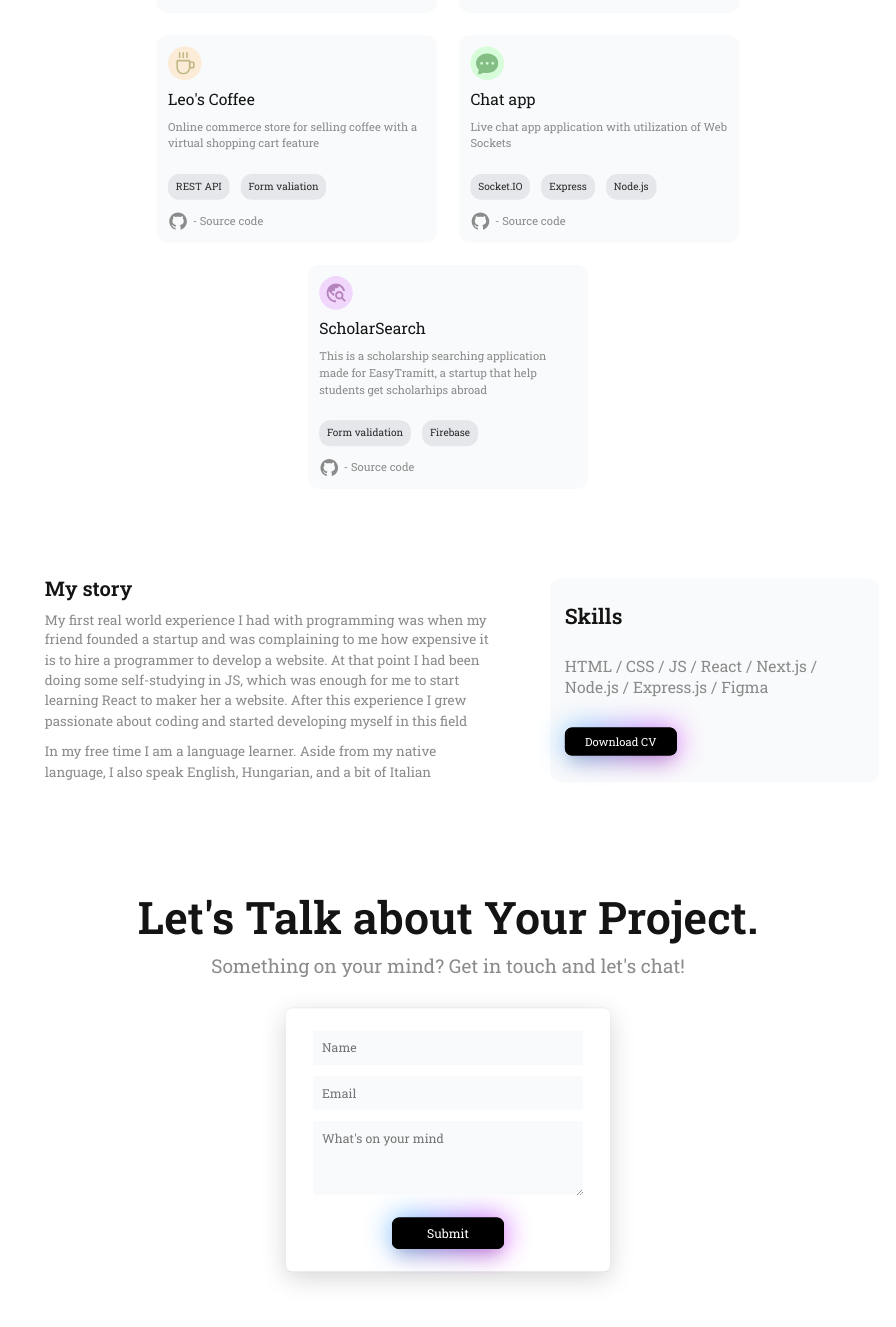
Repository: Leoka2000/portfolio-final
Page: /
An editor plug-in stored every save of this project. The page is shown before and after the next save, followed by the edit.
The browser window is 1280 px wide. The pictures show the part of the page from y = 1129 to 3049 px (the page is 3025 px tall before and 3049 px after), at 70% of full size.
The page's requests for data from a server got no answer. Some web fonts or font styles are not loaded; a fallback is used. The project was rebuilt for these pictures with package versions that can differ from the ones it lists, and the page was loaded fresh each time. No one was signed in, and anything a server would have sent is missing. Also part of the build but not shown: src/App.css. Imported but missing from the stored project, and not drawn on this page: src/assets/LeoCV.pdf.

Above is the page before, as saved 2023-05-10 21:31:17.

### public/index.html
<!DOCTYPE html>
<html lang="en">
  <head>
    <meta charset="utf-8" />
    <link rel="icon" href="%PUBLIC_URL%/favicon.ico" />
    <meta name="viewport" content="width=device-width, initial-scale=1" />
    <meta name="theme-color" content="#000000" />
    <meta
      name="description"
      content="Web site created using create-react-app"
    />
    <link rel="apple-touch-icon" href="%PUBLIC_URL%/logo192.png" />
    <!-- font -->
    <link rel="preconnect" href="https://fonts.googleapis.com">
    <link rel="preconnect" href="https://fonts.gstatic.com" crossorigin>
    <link href="https://fonts.googleapis.com/css2?family=Fira+Sans+Extra+Condensed:wght@300&family=Roboto+Condensed:wght@300&family=Roboto+Slab:wght@400;500;600&display=swap" rel="stylesheet">

    <!-- font -->
    <link rel="manifest" href="%PUBLIC_URL%/manifest.json" />

    <title>React App</title>
  </head>
  <body>
    <noscript>You need to enable JavaScript to run this app.</noscript>
    <div id="root"></div>
    <!--
      This HTML file is a template.
      If you open it directly in the browser, you will see an empty page.

      You can add webfonts, meta tags, or analytics to this file.
      The build step will place the bundled scripts into the <body> tag.

      To begin the development, run `npm start` or `yarn start`.
      To create a production bundle, use `npm run build` or `yarn build`.
    -->
  </body>
</html>

### src/pages/main/home.jsx
import React from 'react'
import Navbar from '../../compontents/navbar/navbar'
import Hero from './hero/hero'
import Work from './work/work-parent'
import About from './about/about'
import Contact from '../contact/contact'


const Home = () => {
  return (
    <>
      <Hero/>
      <Work/>
      <About/>
      <Contact/>
    </>
  )
}

export default Home

### src/compontents/navbar/navbar.css
.nav-navbar {
    display: flex;
    justify-content: flex-start;

    align-items: center;
    height: 90px;
}

.nav-navbar > span {
    display: flex;
    color: var(--h1);
    text-align: center;
    align-items: center;
    justify-content: center;
    background-color: #f5f5f5;
    font-weight: 300;
    padding: 9px 30px;
    border-radius: 30px;
    height: 2rem;
    gap: 1rem;
    width: auto;
    position: absolute;
    right: 30rem;

}
.nav-navbar > span > div {
width: 1.4rem;
border-radius: 100%;
background-color: rgb(101, 223, 101);
height: 1.4rem;
}
.dropdown-menu{
    position: absolute;
    right: 0;
    margin-right: 2rem;


}
.nav-dropdown {
    transform: none;
    transition: all 2s ease-in-out;
    margin-top: 1rem;
    background-color: #f5f5f5;
    position: absolute;
    top: 1;
    right: 0;
    border-radius: 10px;
    width: 10rem;
    height: 8.5rem;
    font-size: 1.2rem;
    transition: all .2s ease-in-out;
    box-shadow: rgba(0, 0, 0, 0.1) 0px 20px 25px -5px, rgba(0, 0, 0, 0.04) 0px 10px 10px -5px;
    opacity:1;
    transition:

     0s linear,
     1s linear;
}
.nav-dropdown::before {
    content: "";
z-index: -1;
position: absolute;
top: 0;
right: 0;
bottom: 0;
left: 0;
background: linear-gradient(-45deg,#e81cff,#40c9ff);
transform: translateZ(0) scale(.95);
filter: blur(20px);
opacity: .6;
transition: .3s;
border-radius: inherit;
transition: all 2s ease-in-out;

}
.dropdown{

    list-style: none;
    display: flex;
 flex-direction: column;
 padding: 1rem;
 transform: none;
 opacity:1;
    transition:

     0s linear,
     1s linear;


}

.dropdown > a {
    list-style: none;
    width: 84%;
    display: flex;
    padding: 0.5rem 1rem 0.5rem 0.7rem;
}
.dropdown > a > a {
    width: 100%;
}
.dropdown a:hover {
    background-color: rgb(219, 219, 219);
    cursor: pointer;
    border-radius: 10px;
    transition: 0.2s;
}
.nav-navbar > div > button {
    background-color: transparent;
    outline: none;
    border: none;
    display: flex;
    align-items: center;
    background-color: #f5f5f5;
    border-radius: 10px;

    padding: 0.8rem;
    justify-content: center;
    gap: 0.2rem;
    cursor: pointer;
    position: relative;
    transition: 0.3s;
}
.nav-navbar > div > button:hover {
background-color: rgb(228, 228, 228);
transform: scale(1.1);
}
.dropdown-menu > button > p {
    font-size: 1.2rem;

}
.dropdown-menu button svg {
    font-size: 1.5rem;
}

### src/pages/main/work/work-parent.js
import React from 'react'
import './work.css'
import Bionexus from './projects/bionexus/index'
import CoffeeApp from './projects/coffee/index'
import ChatApp from './projects/chatapp/index'
import EasyTramitt from './projects/easy/index'
import CryptoApp from './projects/cryptoapp/index'



const Work = () => {
  return (
    <>
      <section id='work' className='work-section'>
        <header><h1>Selected work</h1></header>
        <main className='work-main'>
        <CryptoApp />
          <Bionexus />
          <CoffeeApp />
          <ChatApp />
          <EasyTramitt />


        </main>


      </section>
    </>
  )
}

export default Work

### src/pages/main/about/about.js
import React from 'react'
import './about.css'
import ThingsIDo from './thingsido/index'
import Skills from './skills/index'

const about = () => {
  return (
    <section id='about' className='about-section'>
      <ThingsIDo/>
      <Skills/>
    </section>
  )
}

export default about

### src/pages/contact/contact.js
import React from 'react'
import './contact.css'
import Form from './inputs/index'

const Contact = () => {
  return (
    <section id='contact' className='contact-session'>
      <header className='contact-header'>
        <h1>Let's Talk about Your Project.</h1>
        <p>Something on your mind? Get in touch and let's chat!</p>

      </header>
<main className='contact-main'>
<Form/>
</main>


    </section>
  )
}

export default Contact

### src/pages/main/hero/hero.css
.hero-section {
    display: flex;
    flex-direction: column;
    text-align: center;
    align-items: center;
    padding: 4rem 2rem 2rem 2rem;
    justify-content: center;
    gap: 1.5rem
}
.hero-section h1 {
    color: var(--h1);
    font-size: 5rem;
}
.hero-section p {
    color: var(--p);
    font-size: 2rem;
    line-height: 2.5rem;
    width: 80%;

}
.icons-wrapper {
    font-size: 2rem;
    color: var(--p);
    background-color: #f5f5f5;
    border-radius: 25px;
    align-items: center;
    padding: 0.8rem 0 0.5rem 0;
    width: 12rem;
    display: flex;
    justify-content: center;
    gap: 1rem;
    cursor: pointer;

}
.icons-wrapper a {
    text-decoration: none;
    color: var(--p);
}
.icons-wrapper svg {
    transition: 0.4s;
}
.icons-wrapper svg:hover {
    color: rgb(0, 0, 0);
}


.hero-section > button {
    font-family: 'Fira Sans Extra Condensed', sans-serif;

    font-family: 'Inter', sans-serif;

    font-family: 'Roboto Condensed', sans-serif;

    font-family: 'Roboto Slab', serif;

    display: flex;
    justify-content: center;
    align-items: center;
    color: white;
    font-size: 1.3rem;
    width: 10rem;
    height: 3.5rem;
    border-radius: 10px;
    outline: none;
    background-color: black;
    border: none;
    position: relative;
    cursor: pointer;
    transition: all .2s ease-in-out;
    box-shadow: rgba(0, 0, 0, 0.1) 0px 20px 25px -5px, rgba(0, 0, 0, 0.04) 0px 10px 10px -5px;
}
.hero-section > button::before {
    content: "";
z-index: -1;
position: absolute;
top: 0;
right: 0;
bottom: 0;
left: 0;
background: linear-gradient(-45deg, #e81cff, #40c9ff);
transform: translateZ(1) scale(.98);
filter: blur(20px);
opacity: .6;
transition: opacity .3s;
border-radius: inherit;
transition: all .2s ease-in-out;
}
.hero-section > button::after {

        content: "";
        z-index: -1;
        position: absolute;
        top: 0;
        right: 0;
        bottom: 0;
        left: 0;
        background: inherit;
        border-radius: inherit;
      }

.hero-section > button:hover {
transform: scale(1.1);
background-color: white;
color: black;
}



@media screen and (max-width: 1000px) {
    .hero-section > h1 {
        color: var(--h1);
        font-size: 2rem;
    }
    .hero-section > p {
        font-size: 1.2rem;
        line-height: 1.4rem;
    }

}

### src/pages/main/work/work.css
.work-section {
    display: flex;
    flex-direction: column;
    justify-content: center;
    padding: 4rem 1rem 1rem 1rem;

}
.work-section > header {
text-align: center;
font-size:2.5rem;
}

.work-main {
    padding-top: 4rem;
    display: flex;
    gap: 2rem;
    flex-wrap: wrap;
    justify-content: center;
}
.individual-wrapper {
    background-color: var(--background);
    width: 23rem;
    display: flex;
    justify-content: space-between;
    flex-direction: column;
gap: 1rem;
padding: 1rem;
border-radius: 15px;
height: auto;
transition: 0.5s;
}
.individual-wrapper:hover {
    transform: scale(1.02);
    background-color: rgb(241, 241, 241);

}
.individual-wrapper > h1 {
    font-size: 1.4rem;
    font-weight: 400;
}
.individual-wrapper > span {
    font-size: 2rem;
    background-color: var(--background-dark);
    border-radius: 100%;
    width: 3rem;
    height: 3rem;
    justify-content: center;
    align-items: center;
    display: flex;
}
.individual-wrapper > p {
    color: var(--p);
    line-height: 1.5rem;
}
.key-wrapper {
    display: flex;
    gap: 1rem
}
.key-wrapper > span {
    margin-top: 1rem;
    text-align: center;
    padding: 0.7rem;
    border-radius: 16px;
    width: auto;
    display: block;
    font-weight: 100;
    font-size: 0.9rem;
    background-color: var(--background-dark);
    color :rgb(43, 43, 43)
}

a { color: inherit;
text-decoration: none;
}
.individual-wrapper > a {
    font-size: 1.8rem;
    cursor: pointer;
    display: flex;
    color: var(--p);
    align-items: center;
    gap: 0.4rem;
    transition: 0.3s;
}
.individual-wrapper > a > p {
    color: var(--p);
    font-size: 1rem;
    transition: 0.3s;

}

.individual-wrapper > a:hover #hover {
    color: black;
}

.individual-wrapper > a:hover {
    color: black;
}
#work-1 {
    background-color: rgb(215, 232, 252);
    color: rgb(133, 190, 188);
}

#work-2 {
    background-color: rgb(215, 252, 217);
    color: rgb(133, 190, 133);
}
#work-3 {
    background-color: rgb(252, 235, 215);
    color: rgb(190, 184, 133);
}
#work-4 {
    background-color: rgb(215, 252, 217);
    color: rgb(133, 190, 133);
}
#work-5 {
    background-color: rgb(241, 215, 252);
    color: rgb(183, 133, 190);
}

### src/pages/main/work/projects/bionexus/index.jsx
import React from 'react'
import {FaBusinessTime} from 'react-icons/fa'
import {AiFillGithub} from 'react-icons/ai'

const index = () => {
  return (
    <a href='https://lustrous-kangaroo-8bc907.netlify.app/' className='individual-wrapper'>
    <span id='work-2'><FaBusinessTime/></span>
    <h1>Bionexus</h1>
    <p>I am the co-founder of BioNexus, the first junior enterprise in Hungary. I decided to put my programming skills in action and make the company's website. The project integrates the I-18next library for internationalization</p>
    <div className='key-wrapper'>
      <span>I-18next</span>
      <span>Form validation</span>
      <span>Firebase</span>
    </div>
    <a href='https://www.facebook.com/'><AiFillGithub/><p id='hover'>- Source code</p></a>
  </a>
  )
}

export default index

### src/pages/main/work/projects/coffee/index.jsx
import React from 'react'
import {AiOutlineCoffee} from 'react-icons/ai'
import {AiFillGithub} from 'react-icons/ai'

const index = () => {
  return (
    <a href='https://voluble-salamander-19402b.netlify.app/' className='individual-wrapper'>
      <span id='work-3'><AiOutlineCoffee/></span>
      <h1>Leo's Coffee</h1>
      <p>Online commerce store for selling coffee with a virtual shopping cart feature</p>
      <div className='key-wrapper'>
        <span>REST API</span>
        <span>Form valiation</span>
      </div>
      <a href='https://www.facebook.com/'><AiFillGithub/><p id='hover'>- Source code</p></a>
    </a>
  )
}

export default index

### src/pages/main/work/projects/chatapp/index.jsx
import React from 'react'
import {BsFillChatDotsFill} from 'react-icons/bs'
import {AiFillGithub} from 'react-icons/ai'

const index = () => {
  return (
    <a href='https://idyllic-horse-830bac.netlify.app/' className='individual-wrapper'>
    <span id='work-4'><BsFillChatDotsFill/></span>
    <h1>Chat app</h1>
    <p>Live chat app application with utilization of Web Sockets</p>
    <div className='key-wrapper'>
      <span>Socket.IO</span>
      <span>Express</span>
      <span>Node.js</span>
    </div>
    <a href='https://www.facebook.com/'><AiFillGithub/><p id='hover'>- Source code</p></a>
  </a>
  )
}

export default index

### src/pages/main/work/projects/easy/index.jsx
import React from 'react'
import {MdTravelExplore} from 'react-icons/md'
import {AiFillGithub} from 'react-icons/ai'

const index = () => {
  return (
    <a href='https://beamish-babka-ea7d99.netlify.app/' className='individual-wrapper'>
      <span id='work-5'><MdTravelExplore/></span>
      <h1>ScholarSearch</h1>
      <p>This is a scholarship searching application made for EasyTramitt, a startup that help students get scholarhips abroad</p>
      <div className='key-wrapper'>
        <span>Form validation</span>
        <span>Firebase</span>
      </div>
      <a href='https://www.facebook.com/'><AiFillGithub/><p id='hover'>- Source code</p></a>
    </a>
  )
}

export default index

### src/pages/main/work/projects/cryptoapp/index.jsx
import React from 'react'
import {SiBitcoin} from 'react-icons/si'
import {AiFillGithub} from 'react-icons/ai'

const index = () => {
  return (
    <a href='https://crypto-deploy2-6w8l1e4ho-leoka2000.vercel.app/' className='individual-wrapper'>
      <span id='work-1'><SiBitcoin/></span>
      <h1>CryptoApp</h1>
      <p>By consuming the CoinGecko API, the app provides live updates on different cryptocurrency informations</p>
      <div className='key-wrapper'>
        <span>CoinGecko API</span>
        <span>Form validation</span>
        <span>Firebase</span>
      </div>
      <a href='https://www.facebook.com/'><AiFillGithub/><p id='hover'>- Source code</p></a>
    </a>
  )
}

export default index

### src/pages/main/about/about.css
.about-section {
    display: flex;
    gap: 0.5rem;
    padding: 7rem 1.5rem 5rem 4rem;
}

.left {
    display: flex;
    flex-direction: column;
    width: 50rem;
    gap: 1rem;

}
.left > h1 {
    color: var(--h1);
    font-size: 1.8rem;
}
.left > p {
    line-height: 1.8rem;
    color: var(--p);
    font-size: 1.2rem;
    font-weight: normal;
    -webkit-font-smoothing: antialiased;
    -moz-osx-font-smoothing: grayscale;
    width: 90%;

}

.right {
    display:flex;
    flex-direction: column;
    background-color: var(--background);
    border-radius: 16px;
    gap:1.6rem;
    padding: 1.3rem;
    justify-content: space-evenly;
    z-index: 0;
    width: 30rem;

}
.right > h1 {
    font-size: 1.9rem;
}
.right > p {
    color: var(--p);
    font-size: 1.4rem;
    line-height: 1.8rem;
    width: 95%;
}
.right-btn {
    display: flex;
    justify-content: center;
    align-items: center;
    color: white;
    font-size: 1rem;
    width: 10rem;
    height: 2.5rem;
    border-radius: 10px;
    outline: none;

    background-color: black;
    border: none;
    position: relative;
    cursor: pointer;
    transition: all .2s ease-in-out;
    box-shadow: rgba(0, 0, 0, 0.1) 0px 20px 25px -5px, rgba(0, 0, 0, 0.04) 0px 10px 10px -5px;
    font-family: 'Fira Sans Extra Condensed', sans-serif;

    font-family: 'Inter', sans-serif;

    font-family: 'Roboto Condensed', sans-serif;

    font-family: 'Roboto Slab', serif;
}
.right-btn::before {
    content:"";
z-index: -1;
position: absolute;
top: 0;
right: 0;
bottom: 0;

left: 0;
background: linear-gradient(-45deg, #e81cff, #40c9ff);
transform: translateZ(1) scale(.98);
filter: blur(20px);
opacity: 0.8;
transition: opacity .3s;
border-radius: inherit;
transition: all .2s ease-in-out;
}
.right-btn::after {

        content: "";
        z-index: -1;
        position: absolute;
        top: 0;
        right: 0;
        bottom: 0;
        left: 0;
        background: inherit;
        border-radius: inherit;
      }

      .right-btn:hover {
transform: scale(1.1);
background-color: white;
color: black;
}




@media screen and (max-width: 1150px) {
    .right {
        width: 35rem;


    }
    .left {
        width: 40rem;
        padding-left: 1.5rem;
    }
}

@media screen and (max-width: 1000px) {
    .about-section {
        flex-direction: column;
        padding-left: 0rem;
    }
    .right {
        width: 90%;



    }
    .left {
        width: 90%;
        padding-bottom: 1.5rem;


    }
    .left > p {
        width: 100%;
    }

    .right-btn {
        width: 13rem;
    }

    .right > p {

        font-size: 1.2rem;

    }
}

### src/pages/main/about/thingsido/index.jsx
import React from 'react'

const index = () => {
  return (
    <div className='left'>
            <h1>My story</h1>
            <p>My first real world experience I had with programming was when my friend founded a startup and was complaining to me how expensive it is to hire a programmer to develop a website. At that point I had been doing some self-studying in JS, which was enough for me to start learning React to maker her a website. After this experience I grew passionate about coding and started developing myself in this field</p>
            <p>In my free time I am a language learner. Aside from my native language, I also speak English, Hungarian, and a bit of Italian</p>
        </div>
  )
}

export default index

### src/pages/main/about/skills/index.jsx
import React from 'react'
import CV from '../../../../assets/LeoCV.pdf'
import './index.css'



const index = () => {
    return (
        <div className='right'>
            <h1>Skills</h1>
            <p>HTML / CSS / JS / React / Next.js / Node.js / Express.js / Figma</p>
            <a href={CV} download className='right-btn'>Download CV</a>
        </div>
    )
}

export default index

### src/pages/contact/contact.css
.contact-session {
    padding: 5rem 1rem 5rem 1rem;
}
.contact-header {
    text-align: center;
    font-size: 1.2rem;
    gap: 1.5rem;
    display: flex;
    flex-direction: column;
}
.contact-header > h1 {
    font-size: 4rem;
    color: var(--h1);
}
.contact-header > p {
    color: var(--p);
    font-size: 1.7rem;
}
.contact-main {
    padding-top: 3rem;
    display: flex;
    justify-content: center;

}
.form {
    display: flex;
    flex-direction: column;
    justify-content: center;
    align-items: center;
    gap: 1rem;
    width: 25rem;
    box-shadow: rgba(0, 0, 0, 0.16) 0px 10px 36px 0px, rgba(0, 0, 0, 0.06) 0px 0px 0px 1px;
    padding: 2rem;
    border-radius: 10px;

}
.input {
    padding: 0.8rem;
    width: 22.5rem;
    outline: 2px solid transparent;
outline-offset: 2px;
border: none;
background-color: var(--background);
border-radius: 4px;
font-size: 1.1rem;
font-family: 'Fira Sans Extra Condensed', sans-serif;

  font-family: 'Inter', sans-serif;

  font-family: 'Roboto Condensed', sans-serif;

  font-family: 'Roboto Slab', serif;

}
.textarea {
padding: 0.8rem;
    width: 22.5rem;
    height: 5rem;
    outline: 2px solid transparent;
outline-offset: 2px;
border: none;
background-color: var(--background);
border-radius: 4px;
font-family: 'Fira Sans Extra Condensed', sans-serif;
font-size: 1.1rem;
  font-family: 'Inter', sans-serif;

  font-family: 'Roboto Condensed', sans-serif;

  font-family: 'Roboto Slab', serif;
}

.error {
  text-align:end;
   color: red;
}
.success {
 color: rgb(16, 184, 80);
 padding-bottom: 0.5rem;
}
.contact-btn {
    font-family: 'Fira Sans Extra Condensed', sans-serif;

    font-family: 'Inter', sans-serif;

    font-family: 'Roboto Condensed', sans-serif;

    font-family: 'Roboto Slab', serif;

    display: flex;
    justify-content: center;
    align-items: center;
    color: white;
    font-size: 1.1rem;
    width: 10rem;
    height: 2.8rem;
    border-radius: 10px;
    outline: none;
    background-color: black;
    border: none;
    position: relative;
    cursor: pointer;
    transition: all .2s ease-in-out;
    box-shadow: rgba(0, 0, 0, 0.1) 0px 20px 25px -5px, rgba(0, 0, 0, 0.04) 0px 10px 10px -5px;
    margin-top: 1rem;
}

.contact-btn::before {
    content: "";
z-index: -1;
position: absolute;
top: 0;
right: 0;
bottom: 0;
left: 0;
background: linear-gradient(-45deg, #e81cff, #40c9ff);
transform: translateZ(1) scale(.9);
filter: blur(20px);
opacity: .9;
transition: opacity .3s;
border-radius: inherit;
transition: all .2s ease-in-out;
}
.contact-btn::after {

        content: "";
        z-index: -1;
        position: absolute;
        top: 0;
        right: 0;
        bottom: 0;
        left: 0;
        background: inherit;
        border-radius: inherit;
      }

.contact-btn:hover {
transform: scale(1.1);
background-color: white;
color: black;
}

@media screen and (max-width: 600px) {

    .contact-header > h1 {

        font-size: 2.5rem;
    }
    .contact-header > p {
        line-height: 2rem;
        font-size: 1.6rem;
    }

}
@media screen and (max-width: 400px) {
    .input, .textarea {
        width: 18rem;
    }
}

### src/firebaseConfig.js
import { initializeApp } from "firebase/app";
import { getFirestore } from '@firebase/firestore'

const firebaseConfig = {

  apiKey: `${process.env.REACT_APP_API_KEY}`,

  authDomain: "portfolio-6b1fa.firebaseapp.com",

  projectId: "portfolio-6b1fa",

  storageBucket: "portfolio-6b1fa.appspot.com",

  messagingSenderId: "417124294769",

  appId: "1:417124294769:web:517649707aa8fc9622fbd0",

  measurementId: "G-0YRDJZY4KD"

};




  const app = initializeApp(firebaseConfig)

 export const db = getFirestore(app)

Loaded but not shown: src/index.js (common file); src/index.css (common file); src/App.js (common file); src/pages/contact/inputs/index.js (55 lines, source omitted); src/compontents/navbar/navbar.js (35 lines, source omitted); src/pages/main/hero/hero.js (25 lines, source omitted); src/pages/main/about/skills/index.css (no stored copy; drawn as an empty file)

After the next save:
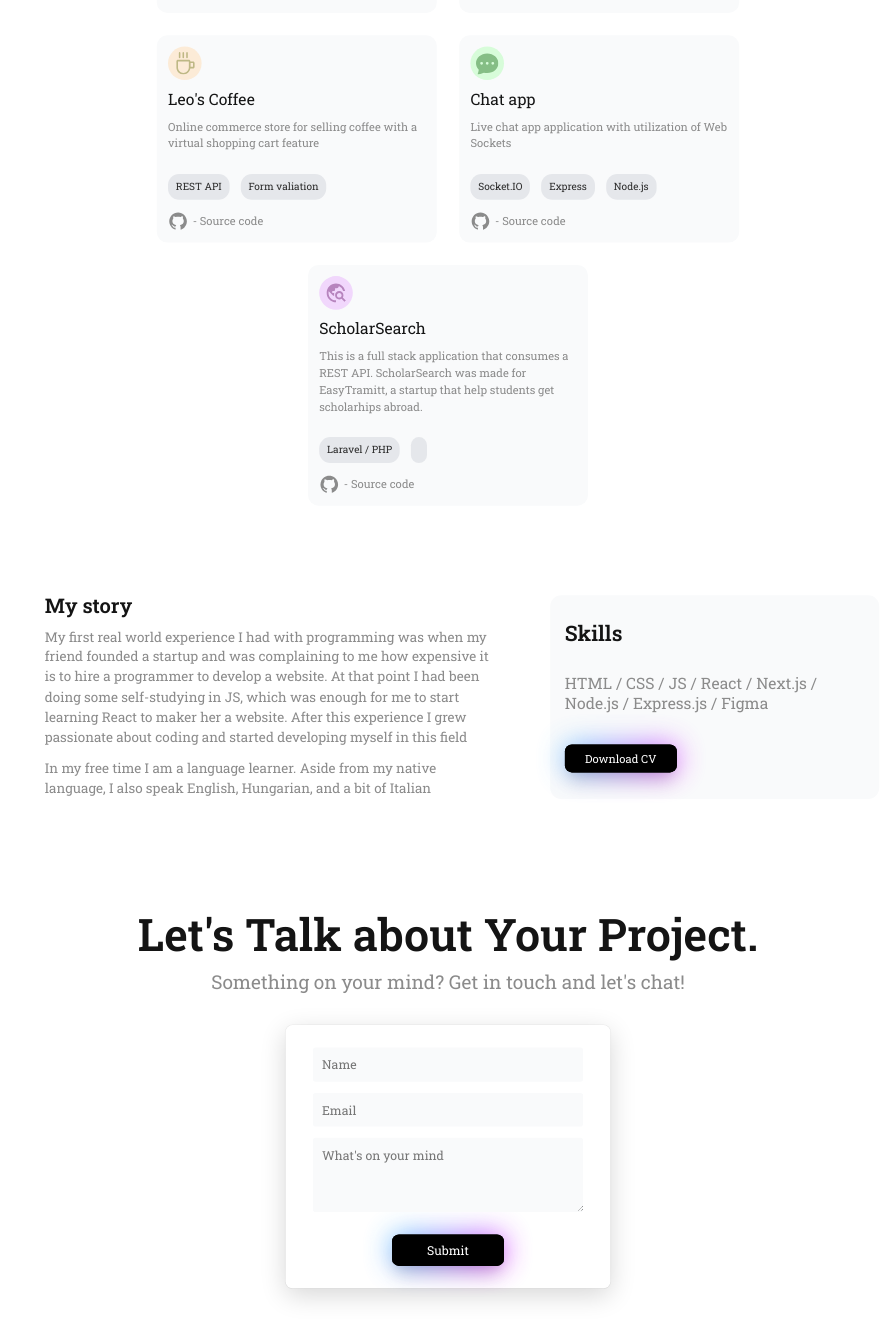
Saved 80 s later.
--- a/src/pages/main/work/projects/easy/index.jsx
+++ b/src/pages/main/work/projects/easy/index.jsx
@@ -7,10 +7,10 @@ const index = () => {
     <a href='https://beamish-babka-ea7d99.netlify.app/' className='individual-wrapper'>
       <span id='work-5'><MdTravelExplore/></span>
       <h1>ScholarSearch</h1>
-      <p>This is a scholarship searching application made for EasyTramitt, a startup that help students get scholarhips abroad</p>
+      <p>This is a full stack application that consumes a REST API. ScholarSearch was made for EasyTramitt, a startup that help students get scholarhips abroad.</p>
       <div className='key-wrapper'>
-        <span>Form validation</span>
-        <span>Firebase</span>
+        <span>Laravel / PHP</span>
+        <span></span>
       </div>
       <a href='https://www.facebook.com/'><AiFillGithub/><p id='hover'>- Source code</p></a>
     </a>
